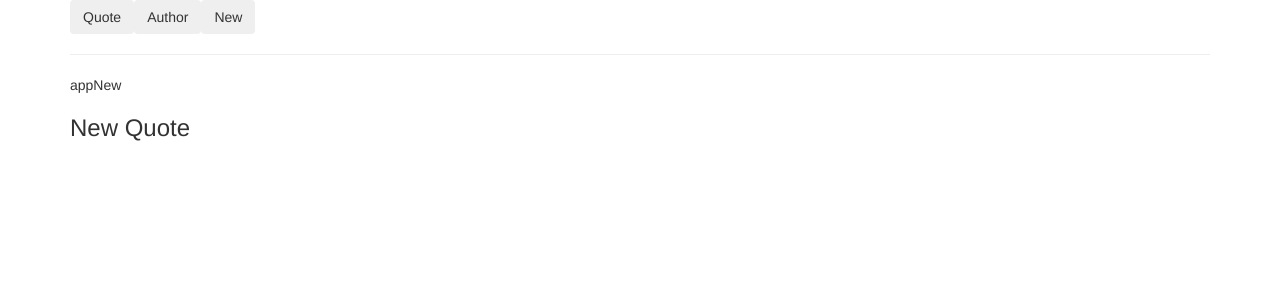
Repository: wojkos/Learn
Page: / (app in Vue/module9/), after clicking the first element matching `div.col-xs-12 > :nth-child(3)`
The author's editor kept a copy of each file at every save. The page is drawn from the files as they stood at one save, then again after the next save.
The browser window is 1280 px wide. The pictures show the whole page.
The project was rebuilt for these pictures with package versions that can differ from the ones it lists, and the page was loaded fresh each time. Also part of the build but not shown: Vue/module9/webpack.config.js, Vue/module9/src/components/Author.vue.

Above is the page before, as saved 2018-05-07 22:57:47.

### Vue/module9/src/App.vue
<template>
    <div class="container">
        <div class="row">
            <div class="col-xs-12">
                <button class="btn" @click="selectComponent = 'appQuote'">Quote</button>
                <button class="btn" @click="selectComponent = 'appAuthor'">Author</button>
                <button class="btn" @click="selectComponent = 'appNew'">New</button>
                <hr>
                <p>{{ selectComponent }}</p>
                <component :is="selectComponent"></component>
               <!-- <appQuote>
                    <h2 slot="title">{{ quoteTitle }}</h2>
                    <p>Time is change...</p>
               </appQuote> -->
            </div>
        </div>
    </div>
</template>

<script>
        import Quote from './components/Quote.vue'
        import Author from './components/Author.vue'
        import New from './components/New.vue'
    export default {
        data: function() {
            return {
                quoteTitle: 'The Quote',
                selectComponent: 'appQuote'
            }
        },
        components: {
            appQuote: Quote,
            appAuthor: Author,
            appNew: New
        }
    }
</script>

<style>
</style>

### Vue/module9/src/components/Quote.vue
<template>
	<div>
		<div class="title">
			<slot name='title'></slot>
			<span style="color: #ccc;"><slot name="subtitle">The Subtitle</slot></span>
		</div>
		<hr>
		<div>
			<slot></slot>
		</div>
	</div>
</template>

<script>
	export default{
		props: ['quote']
	}
</script>

<style scoped>
		div {
			border: 1px solid #ccc;
			box-shadow: 1px 1px 2px black;
			padding: 30px;
			margin: 30px auto;
			text-align: center;
		}
		h2 {
			color: red;
		}
</style>

### Vue/module9/src/components/New.vue
<template>
	<div>
		<h3>New Quote</h3>
	</div>
</template>

<script>
	export default{
	}
</script>

<style >
</style>

Loaded but not shown: Vue/module9/index.html (common file); Vue/module9/src/main.js (common file)

After the next save:
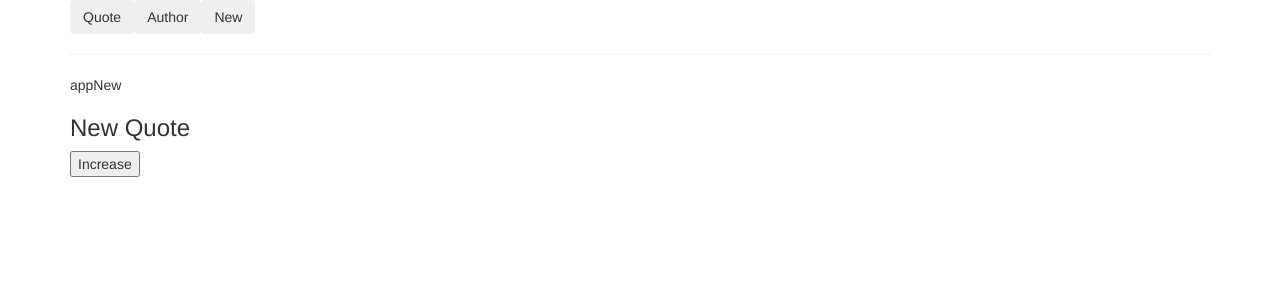
Saved 3 min 23 s later.
--- a/Vue/module9/src/components/New.vue
+++ b/Vue/module9/src/components/New.vue
@@ -1,11 +1,17 @@
 <template>
 	<div>
 		<h3>New Quote</h3>
+		<button @click="counter++">Increase</button>
 	</div>
 </template>
 
 <script>
 	export default{
+		data: function () {
+			return {
+				counter: 0
+			};
+		}
 	}
 </script>
 
